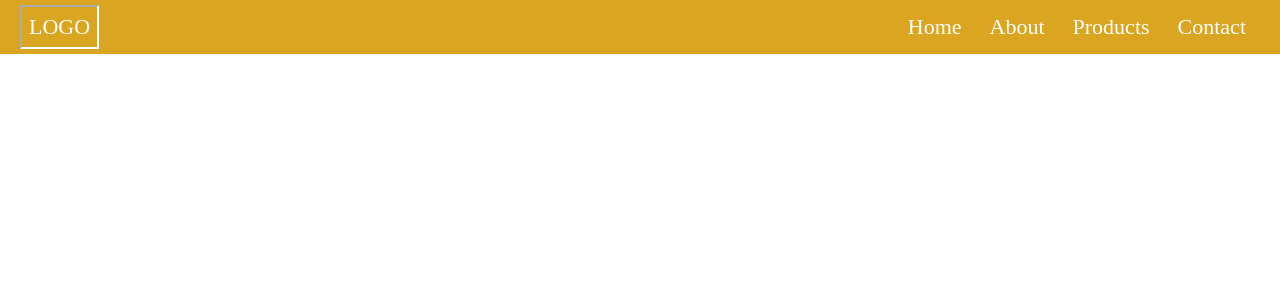
Repository: albayrakfatih/Flex-Navbar
Page: navbar-w-flexbox.html
An editor plug-in stored every save of this project. The page is shown before and after a run of saves, followed by the edit.
The browser window is 1280 px wide. The pictures show the whole page.

Above is the page before, as saved 2023-05-09 21:03:00.

After the next 2 saves:
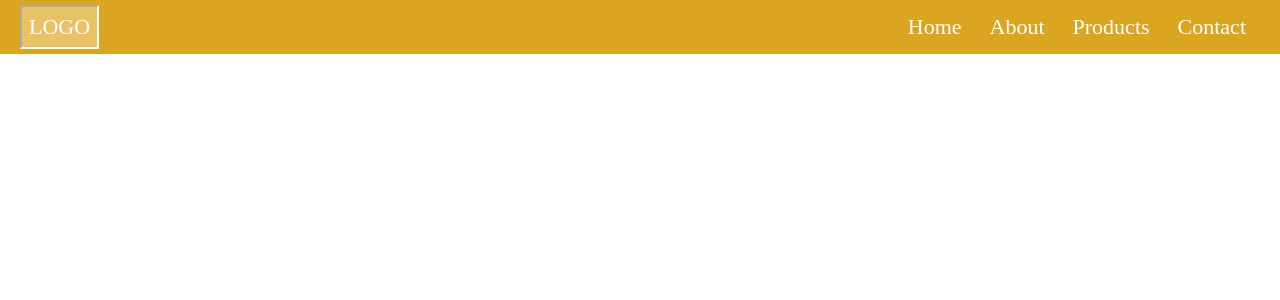
The 2 saves are shown as one change because they came seconds apart.
The last was saved 16 s later.
--- a/styles.css
+++ b/styles.css
@@ -42,7 +42,7 @@
 .logo{
     border: 2px inset #fff;
     padding:7px;
-    background: ;
+    background: #e8c264;
 }
 
 
